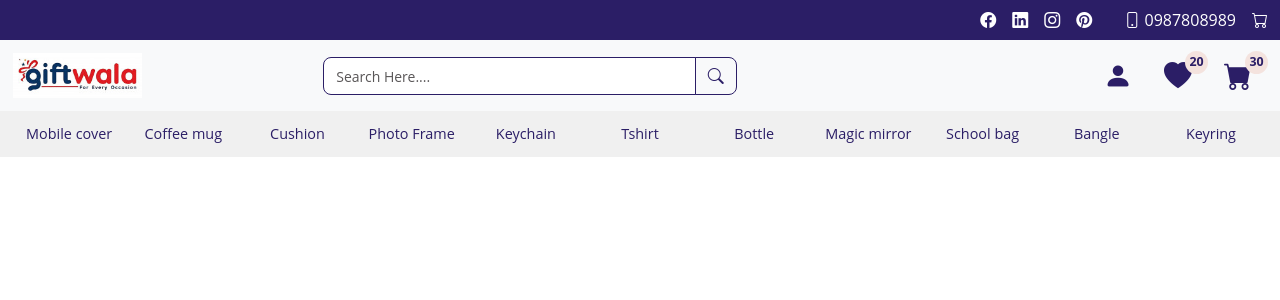
Repository: mangalravi/GiftWala
Page: index.html
These files come from the project's save history. The page is drawn as it stood at one moment and after the next save; the edit follows.
The browser window is 1280 px wide. The pictures show the whole page.
The style sheet was rebuilt from its Sass, Less or Tailwind sources for each picture, by a compiler version that may differ from the author's.

Above is the page before, as saved 2024-07-07 17:01:02.

After the next save:
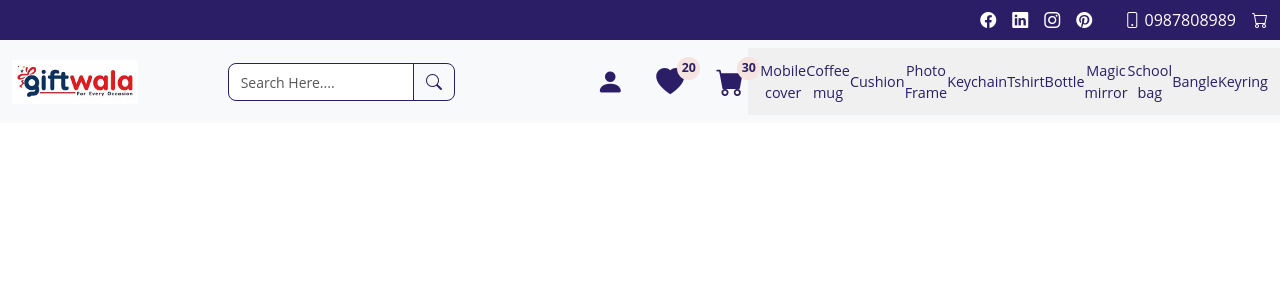
Saved 61 s later.
--- a/index.html
+++ b/index.html
@@ -180,28 +180,30 @@
                 </ul>
               </div>
             </div>
+            <div class="row">
+              <div class="btmhdr">
+                <div class="container-fluid">
+                  <div class="btmhdrnv">
+                    <ul class="d-flex align-items-center">
+                      <li>Mobile cover</li>
+                      <li>Coffee mug</li>
+                      <li>Cushion</li>
+                      <li>Photo Frame</li>
+                      <li>Keychain</li>
+                      <li>Tshirt</li>
+                      <li>Bottle</li>
+                      <li>Magic mirror</li>
+                      <li>School bag</li>
+                      <li>Bangle</li>
+                      <li>Keyring</li>
+                    </ul>
+                  </div>
+                </div>
+              </div>
+            </div>
           </div>
         </div>
       </nav>
-      <div class="btmhdr">
-        <div class="container-fluid">
-          <div class="btmhdrnv">
-            <ul class="d-flex align-items-center">
-              <li>Mobile cover</li>
-              <li>Coffee mug</li>
-              <li>Cushion</li>
-              <li>Photo Frame</li>
-              <li>Keychain</li>
-              <li>Tshirt</li>
-              <li>Bottle</li>
-              <li>Magic mirror</li>
-              <li>School bag</li>
-              <li>Bangle</li>
-              <li>Keyring</li>
-            </ul>
-          </div>
-        </div>
-      </div>
     </header>
 
     <!--
